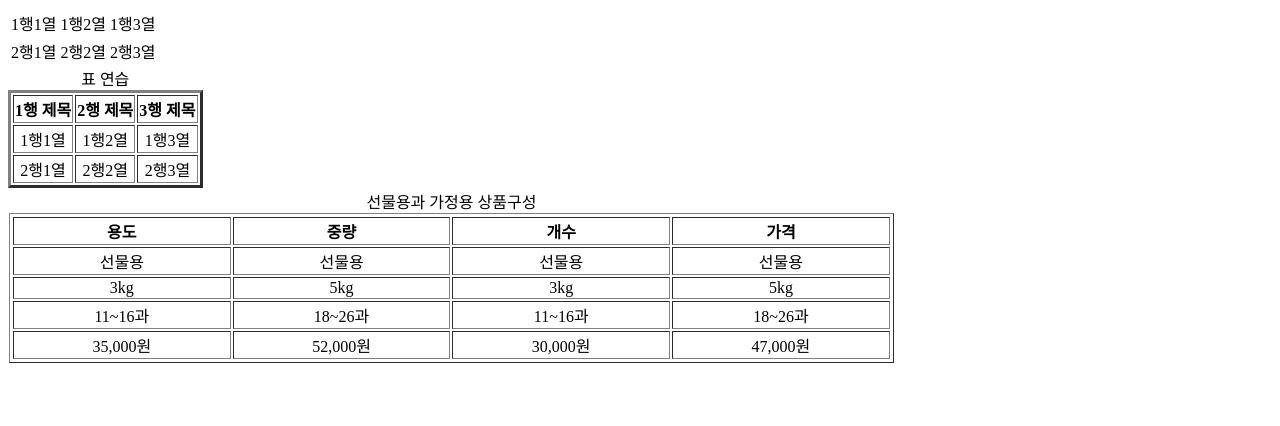
Repository: Kray273/JSLab
Page: html/src/main/webapp/Day96/table.html
These files come from the project's save history. The page is drawn as it stood at one moment and after the next save; the edit follows.
The browser window is 1280 px wide. The pictures show the whole page.

Above is the page before, as saved 2022-11-24 02:16:49.

### html/src/main/webapp/Day96/table.html
<!DOCTYPE html>
<html>
<head>
<meta charset="UTF-8">
<title>Table</title>

<style type="text/css">
	td {text-align: center;}
</style>

</head>
<body>

 <!-- 2행 3열  -->
<table>
	<tr><td>1행1열</td><td>1행2열</td><td>1행3열</td></tr>
	<tr><td>2행1열</td><td>2행2열</td><td>2행3열</td></tr>
</table>


 <!-- 속성추가  -->
<table border="3" >
	<caption>표 연습</caption>
	<!-- <tbody> 자동생성 -->
	<tr ><th>1행 제목</th><th>2행 제목</th><th>3행 제목</th></tr>
	<!-- caption, th는 굵은 글씨 내장 -->
	<tr><td>1행1열</td><td>1행2열</td><td>1행3열</td></tr>
	<tr><td>2행1열</td><td>2행2열</td><td>2행3열</td></tr>
	<!-- </tbody> 자동생성 -->
</table>

<!-- 테이블 만들기 -->
<table border="1" style="margin: 1px; padding: 1px; width: 70%;">
	<caption> 선물용과 가정용 상품구성</caption>
	<!-- caption은 자동 가운데 정렬 -->
	<thead>
	<tr>
		<th><center>용도</center></th>
		<!-- 직접할 수도 있지만 css를 이용하는게 효율적 -->
		<th><center>중량</center></th>
		<th><center>개수</center></th>
		<th><center>가격</center></th>
	</tr>
	</thead>
	<tbody>
	<tr>
		<td><center>선물용</center></td>
		<td><center>선물용</center></td>
		<td><center>선물용</center></td>
		<td><center>선물용</center></td>
	</tr>
	<tr>
		<td><center>3kg</center></td>
		<td><center>5kg</center></td>
		<td><center>3kg</center></td>
		<td><center>5kg</center></td>
	</tr>
	<tr>
		<td><center>11~16과</center></td>
		<td><center>18~26과</center></td>
		<td><center>11~16과</center></td>
		<td><center>18~26과</center></td>
	</tr>
	<tr>
		<td><center>35,000원</center></td>
		<td><center>52,000원</center></td>
		<td><center>30,000원</center></td>
		<td><center>47,000원</center></td>
	</tr>
	</tbody>
</table>


</body>
</html>

After the next save:
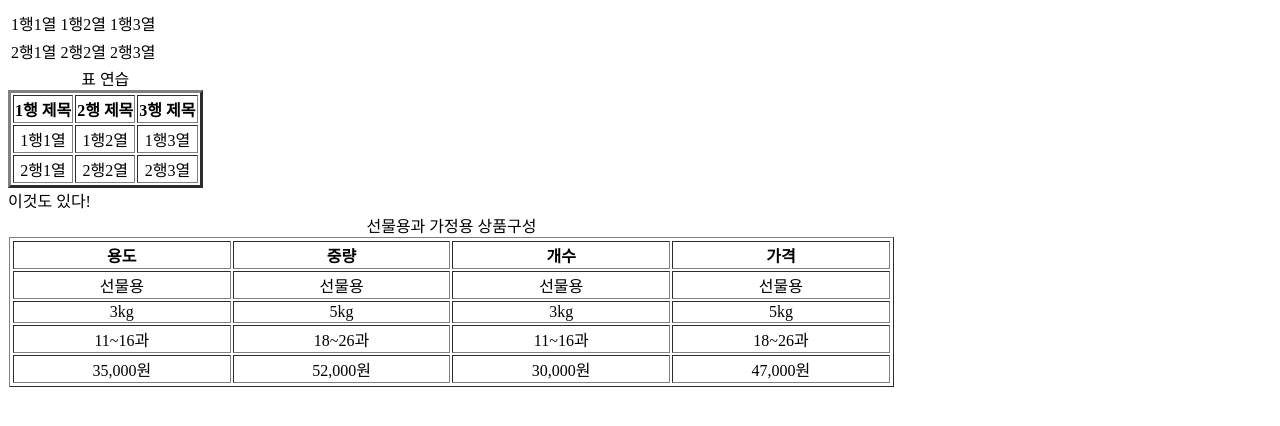
Saved 37 s later.
--- a/html/src/main/webapp/Day96/table.html
+++ b/html/src/main/webapp/Day96/table.html
@@ -68,6 +68,7 @@
 		<td><center>47,000원</center></td>
 	</tr>
 	</tbody>
+	<tfoot>이것도 있다!</tfoot>
 </table>
 
 
